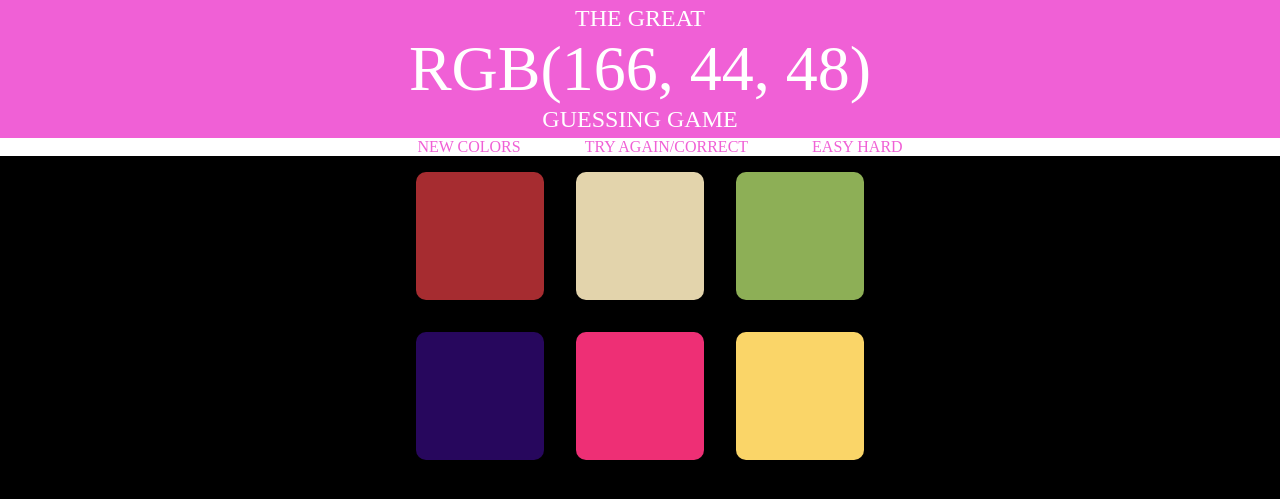
Repository: EEOOOO/javascript-projects
Page: rgbColorGameApp/index.html
An editor plug-in stored every save of this project. The page is shown before and after the next save, followed by the edit.
The browser window is 1280 px wide. The pictures show the whole page.
After loading, the first visible `div.playNewGameButton` was clicked once.

Above is the page before, as saved 2022-07-18 20:01:12.
Console error: TypeError: Cannot read properties of undefined (reading 'style')

### rgbColorGameApp/index.html
<!DOCTYPE html>
<html lang="en">
<head>
    <meta charset="UTF-8">
    <meta http-equiv="X-UA-Compatible" content="IE=edge">
    <meta name="viewport" content="width=device-width, initial-scale=1.0">
    <script defer src="rgbColorGame.js"></script>
    <link rel="stylesheet" href="style.css">
    <title>RGB Color Game</title>
</head>
<body>
    <header class="header">
        <div class="headerMain">
            <span class="gameTitle">THE GREAT</span>
            <span class="rgbQuestion">RGB(X,Y,X)</span>
            <span class="gameTitle">GUESSING GAME</span>
        </div>
        <ul class="headerButtons">
            <li>
                <div class="playNewGameButton"><span>NEW COLORS</span></div>
            </li>
            <li>
                <div>
                    <span class="stateMessage">TRY AGAIN/CORRECT</span>
                </div>
            </li>
            <li>
                <div class="modes">
                    <span class="gameMode">EASY</span>
                    <span class="gameMode">HARD</span>
                </div>
            </li>
        </ul>
    </header>
    <main class="boxes">
        <div class="colorBox 1"></div>
        <div class="colorBox 2"></div>
        <div class="colorBox 3"></div>
        <div class="colorBox 4"></div>
        <div class="colorBox 5"></div>
        <div class="colorBox 6"></div>
    </main>
</body>
</html>

### rgbColorGameApp/rgbColorGame.js
let playGameBtn = document.querySelector('.playNewGameButton');
let stateMessage = document.querySelector('.stateMessage');
let header = document.querySelector('.header');
let rgbQuestion = document.querySelector('.rgbQuestion');
let gameModes = document.querySelector('.modes');
let cssRoot = document.querySelector(":root");
let colorBox = document.querySelectorAll(".colorBox");

// playGameBtn누를 때, easy/hard누를 때 게임 초기화 시행
playGameBtn.addEventListener('click',()=>{
    console.log('play');
    initGame();
});
gameModes.addEventListener('click',(event)=>{
    if (event.target.tagName == 'SPAN'){
        initGame();
    }
})

function initGame(){
    // 랜덤 색 7개 뽑기
    let boxNum = 7
    let randomColors = makeRandomRGB(boxNum);
    console.log(randomColors);
    // 그 중 첫 번째가 정답 색 , rgbQuestion 글자 넣어주기
    let answer = randomColors[0];
    rgbQuestion.textContent = answer;
    for (let i = 0; i < randomColors.length; i++){
        colorBox[i].style.backgroundColor = randomColors[i];
    }
    // 그 중 마지막 색으로 헤더 색 변경
    let initHeaderColor = randomColors[randomColors.length-1];
    console.log(initHeaderColor);
    cssRoot.style.setProperty('--color-now',initHeaderColor);
}
function makeRandomRGB(num){
    let randomColors = [];
    for (let i = 0; i < num; i++){
        let r = getRandomArbitrary(1,255);
        let g = getRandomArbitrary(1,255);
        let b = getRandomArbitrary(1,255);
        randomColors.push([`RGB(${r}, ${g}, ${b})`]);
    }
    return randomColors;
}
// min, max bindㄹㅗ ㄱㅗㅈㅓㅇ ㅁㅗㅅ ㅅㅣㅋㅣㄴㅏ?
function getRandomArbitrary(min, max){
    return Math.floor(Math.random() * (max - min) + min);
}
function winGame(){
    // header 색 바꾸기
    // playGameBtn 문구 바꾸기
    // stateMessage변경 (correct)
    // 모든 박스 색 바꾸기
}
function playGame(){
    // 박스 눌리면
        // 정답인지 체크
        // 맞으면 winGame()
        // 아니면 stateMessage 변경 (try again), 그 박스 제거
}

### rgbColorGameApp/style.css
:root {
  --color-now: #f060d6;
}
body {
  width: 100%;
  background-color: black;
  margin: 0;
}

header {
  width: 100%;
  text-align: center;
  background-color: var(--color-now);
}
.headerMain {
  color: white;
  display: flex;
  align-items: center;
  flex-direction: column;
  padding: 0.3rem;
}
.headerMain .rgbQuestion {
  font-size: 4rem;
}
.headerMain .gameTitle {
  font-size: 1.5rem;
}
.headerButtons {
  margin: 0;
  list-style: none;
  display: flex;
  align-items: center;
  justify-content: center;
  background-color: white;
  color: var(--color-now);
}
.headerButtons li {
  margin: 0 2rem;
}

.headerButtons li span:hover {
  background-color: var(--color-now);
  color: white;
  cursor: pointer;
}
.boxes {
  display: flex;
  flex-wrap: wrap;
  align-items: center;
  justify-content: center;
  width: 32rem;
  margin: auto;
}
.colorBox {
  background-color: var(--color-now);
  width: 8rem;
  height: 8rem;
  border-radius: 10px;
  margin: 1rem;
  transition: transform 0.1s ease-in-out;
  cursor: pointer;
}
.colorBox:hover {
  transform: scale(1.05);
}

After the next save:
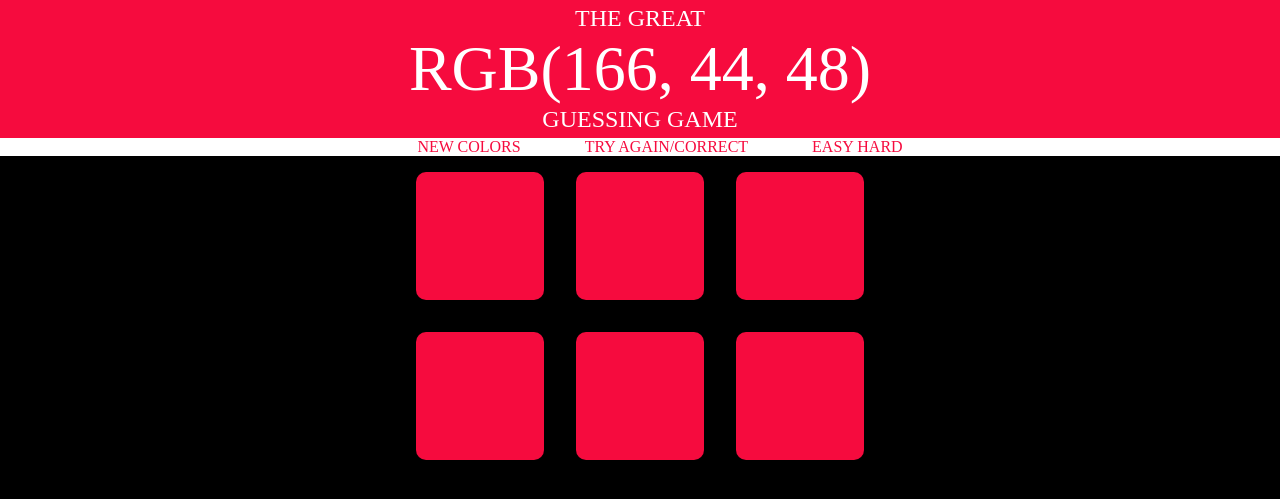
The error is gone.
Saved 20 s later.
--- a/rgbColorGameApp/rgbColorGame.js
+++ b/rgbColorGameApp/rgbColorGame.js
@@ -25,9 +25,9 @@ function initGame(){
     // 그 중 첫 번째가 정답 색 , rgbQuestion 글자 넣어주기
     let answer = randomColors[0];
     rgbQuestion.textContent = answer;
-    for (let i = 0; i < randomColors.length; i++){
-        colorBox[i].style.backgroundColor = randomColors[i];
-    }
+    //for (let i = 0; i < randomColors.length; i++){
+    //    colorBox[i].style.backgroundColor = randomColors[i];
+    //}
     // 그 중 마지막 색으로 헤더 색 변경
     let initHeaderColor = randomColors[randomColors.length-1];
     console.log(initHeaderColor);
